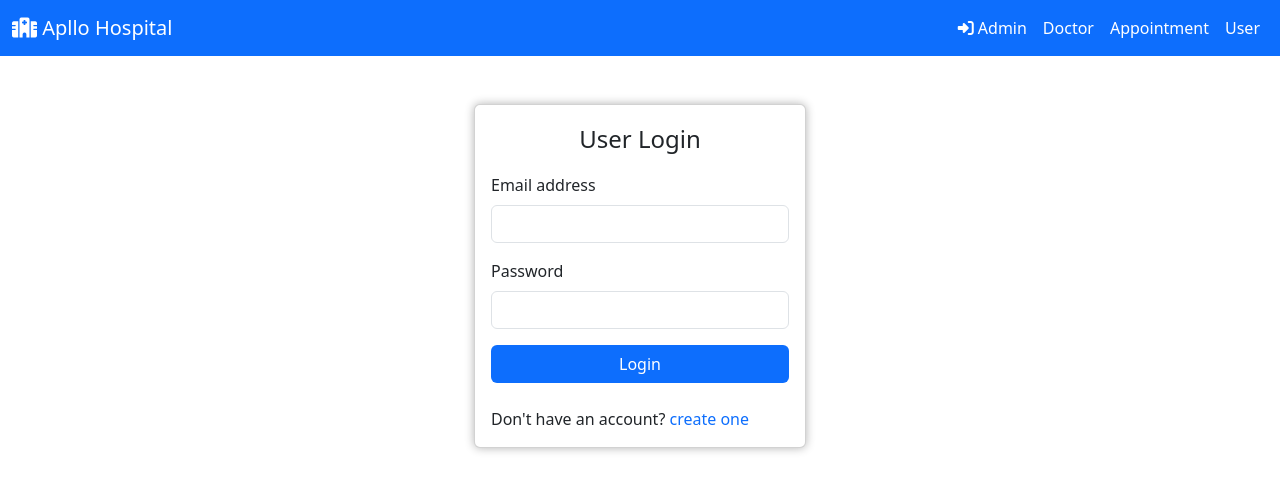
Repository: Subhadip09/Hospital-Management-System
Page: http://localhost/Hospital-Management-System/user_login.jsp
The author's editor kept a copy of each file at every save. The page is drawn from the files as they stood at one save, then again after the next save.
The browser window is 1280 px wide. The pictures show the whole page.
The page is served by Tomcat 9.

Above is the page before, as saved 2024-04-06 05:27:45.

After the next save:
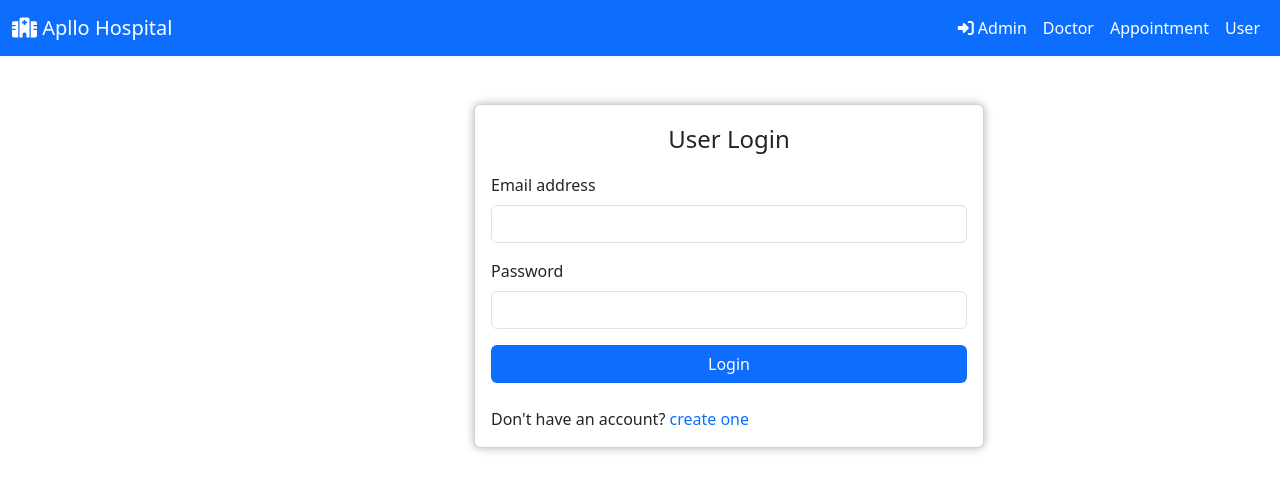
Saved 3 min 26 s later.
--- a/Hospital-Management-System/src/main/webapp/user_login.jsp
+++ b/Hospital-Management-System/src/main/webapp/user_login.jsp
@@ -19,7 +19,7 @@
 
 	<div class="container p-5">
 		<div class="row">
-			<div class="col-md-4 offset-md-4">
+			<div class="col-md-6 offset-md-4">
 				<div class="card paint-card">
 					<div class="card-body">
 						<p class="fs-4 text-center">User Login</p>

After the save that followed:
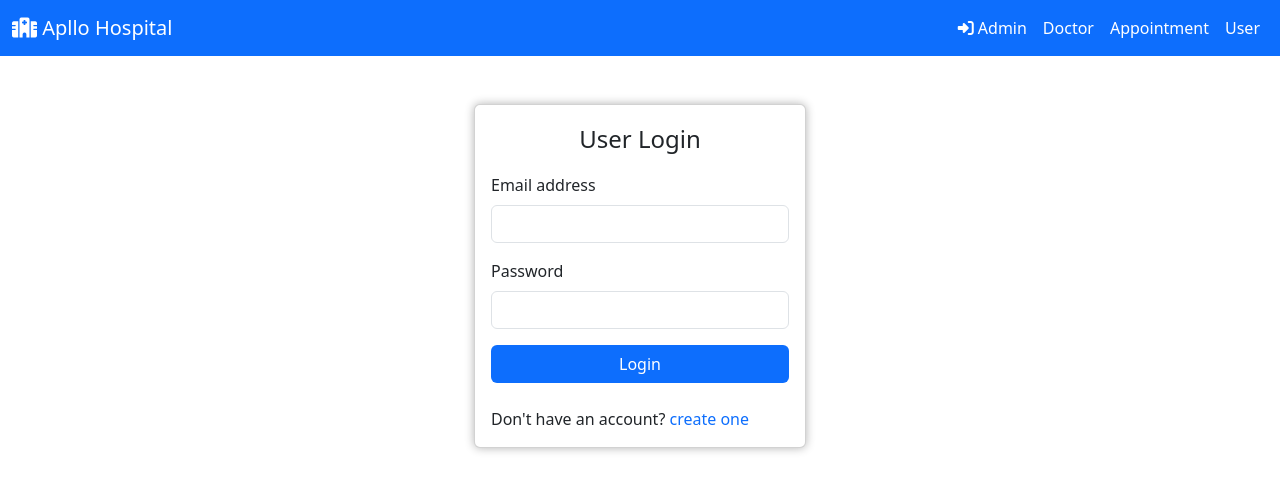
Saved 36 s later.
--- a/Hospital-Management-System/src/main/webapp/user_login.jsp
+++ b/Hospital-Management-System/src/main/webapp/user_login.jsp
@@ -19,7 +19,7 @@
 
 	<div class="container p-5">
 		<div class="row">
-			<div class="col-md-6 offset-md-4">
+			<div class="col-md-4 offset-md-4">
 				<div class="card paint-card">
 					<div class="card-body">
 						<p class="fs-4 text-center">User Login</p>
